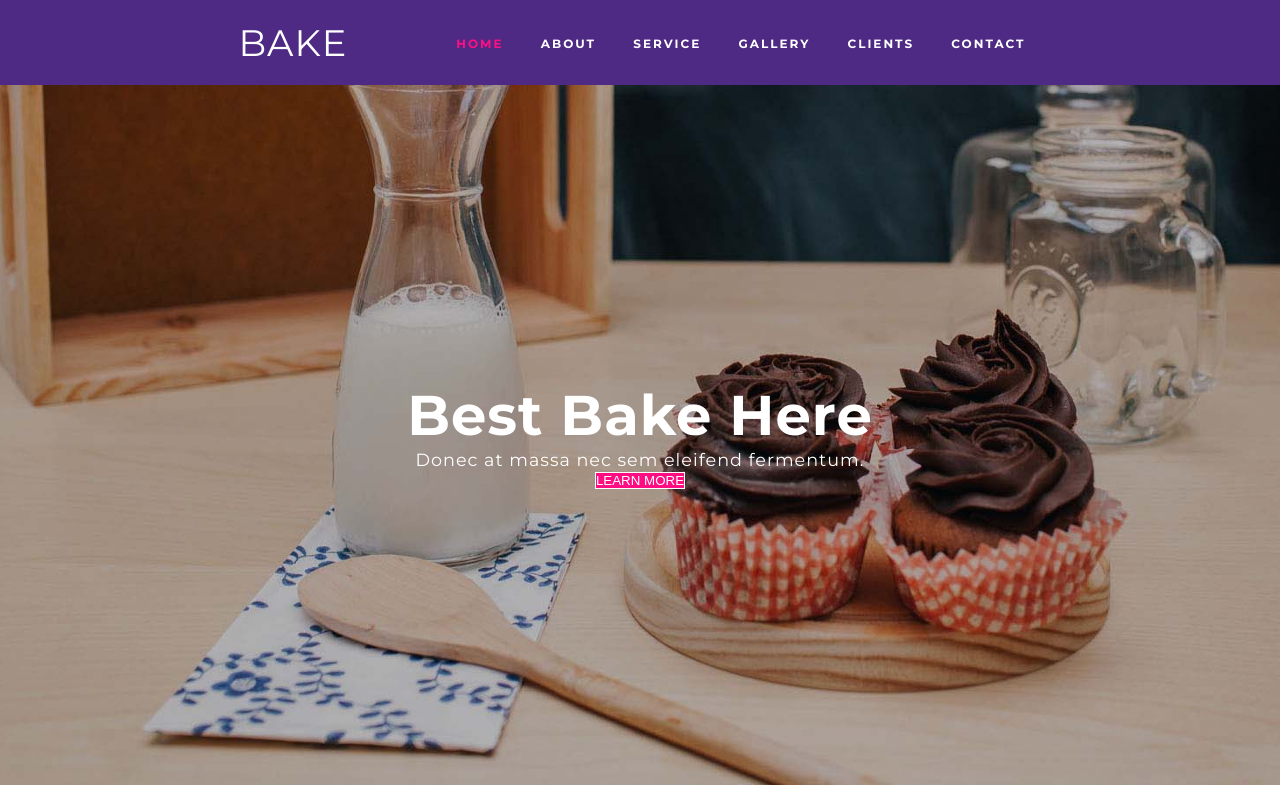
Repository: ducdatit2002/bake-cake
Page: index.html
An editor plug-in stored every save of this project. The page is shown before and after the next save, followed by the edit.
The browser window is 1280 px wide. The pictures show the whole page.

Above is the page before, as saved 2023-07-13 00:21:26.

### index.html
<!DOCTYPE html>
<html lang="en">
<head>
    <meta charset="UTF-8">
    <meta name="viewport" content="width=device-width, initial-scale=1.0">
    <title>BAKE</title>
    <!-- FONT ICON -->
    <link rel="stylesheet" href="https://cdnjs.cloudflare.com/ajax/libs/font-awesome/6.4.0/css/all.min.css"
        integrity="sha512-iecdLmaskl7CVkqkXNQ/ZH/XLlvWZOJyj7Yy7tcenmpD1ypASozpmT/E0iPtmFIB46ZmdtAc9eNBvH0H/ZpiBw=="
        crossorigin="anonymous" referrerpolicy="no-referrer" />
    <!-- FONT GOOGLE -->
    <link rel="preconnect" href="https://fonts.googleapis.com">
    <link rel="preconnect" href="https://fonts.gstatic.com" crossorigin>
    <link href="https://fonts.googleapis.com/css2?family=Montserrat:wght@300;400;700&display=swap" rel="stylesheet">
    <!-- MAIN CSS -->
    <link rel="stylesheet" href="./index.css">

</head>
<body>
    <!-- HEADER -->
    <header>
        <div class="header__content">
            <p>BAKE</p>
            <nav>
                <ul>
                    <li class="active"><a href="#">HOME</a></li>
                    <li><a href="#">ABOUT</a></li>
                    <li><a href="#">SERVICE</a></li>
                    <li><a href="#">GALLERY</a></li>
                    <li><a href="#">CLIENTS</a></li>
                    <li><a href="#">CONTACT</a></li>
                </ul>
            </nav>
        </div>
    </header>
    <!-- CAROUSEL -->
    <section class="carousel">
        <div class="carousel__content">
            <h1>Best Bake Here</h1>
            <p>Donec at massa nec sem eleifend fermentum.</p>
            <button>LEARN MORE</button>
        </div>
    </section>
    <!-- INTRO -->
    <section class="intro"></section>
    <!-- NUMBER -->
    <section class="number"></section>
    <!-- SERVICES -->
    <section class="services"></section>
    <!-- GALLERY -->
    <section class="gallery"></section>
    <!-- TEAM MEMBER -->
    <section class="team"></section>
    <!-- FEEDBACK -->
    <section class="feedback"></section>
    <!-- CONTACT -->
    <section class="contact"></section>
    <!-- FOOTER -->
    <footer></footer>
</body>
</html>

### index.css
/* GLOBAL */
*{
    margin: 0;
    padding: 0;
    box-sizing: border-box;
}
html{
    font-size: 16px;
    /* 1 rem = 18px */
    /* Không khai báo thì 1 rem là 16px */

}
body {
    font-family: 'Montserrat', sans-serif;
    color: #212529;
    background-color: #fff;
    letter-spacing: 1px;
}
button {
    background-color: #ff0e83;
    border: 1px solid white;
    color: white;
    pa
}
/* HEADER */
header {
    background-color: #4e2a84;
    padding: 20px 0;
}
.header__content {
    width: 70%;
    margin: 0 auto;
    display: flex;
    justify-content: space-around;
    align-items: center;
}
.header__content ul {
    list-style: none;
}
.header__content ul a {
    text-decoration: none;
    color: white;
    font-weight: 700;
    font-size: 0.75rem;
    letter-spacing: 2px;
    /* transition-property: all;
    transition-duration: 1s;
    transition-delay: 0s;
    transition-timing-function: linear; */
    transition: all 1s;
}
.header__content ul a:hover {
    color: #ff0e83;
}
.header__content ul li {
    display: inline;
    margin: 0 1rem;
}
.header__content p {
    color: white;
    font-size: 2.3rem;
    /* 2.3 rem ~ 37px */
}
.header__content ul .active a {
    color: #ff0e83;
}

/* CAROUSEL */
.carousel{
    background-image: url(./img/b3.jpg);
    height: 700px;
    background-size: cover;
    background-position: center;
    color: white;
    text-align: center;
    display: flex;
    justify-content: center;
    align-items: center;
}
.carousel__content h1 {
    font-size: 3.5rem;
}
.carousel__content p {
    font-size: 1.1rem;
}

After the next save:
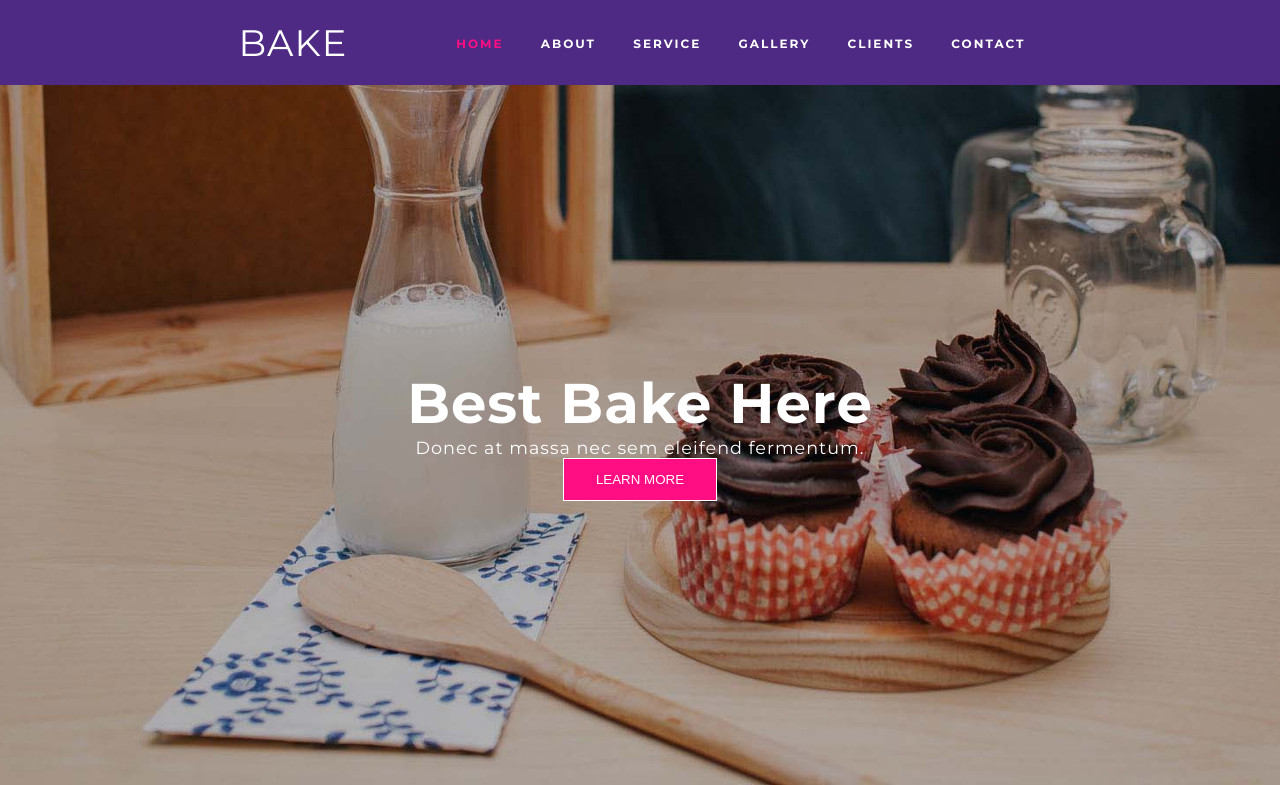
Saved 6 s later.
--- a/index.css
+++ b/index.css
@@ -20,7 +20,8 @@ button {
     background-color: #ff0e83;
     border: 1px solid white;
     color: white;
-    pa
+    padding: 13px 32px;
+
 }
 /* HEADER */
 header {
